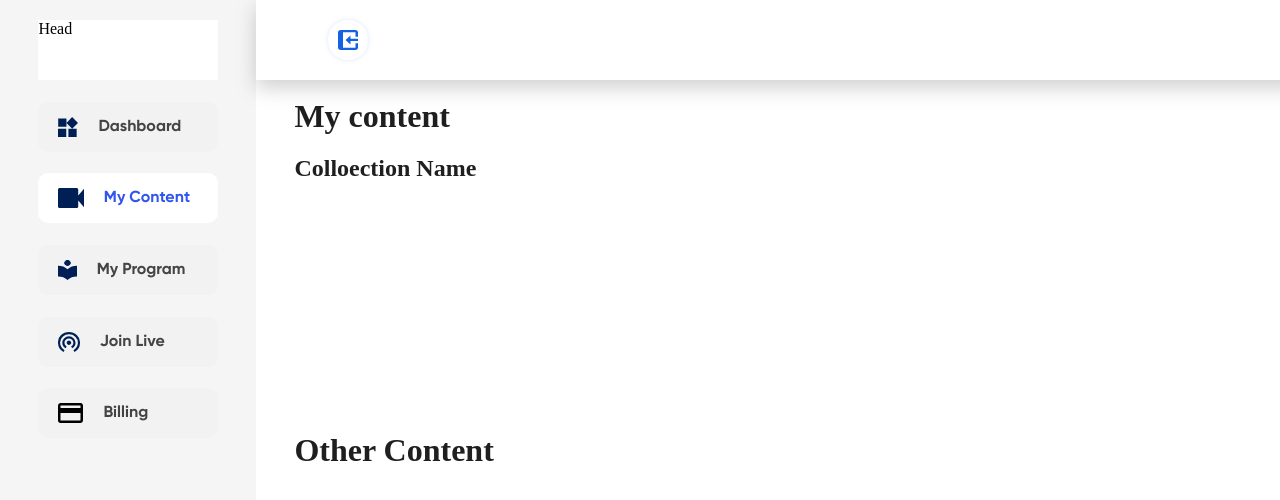
Repository: harshuuu18/crusp-admin
Page: /user
The author's editor kept a copy of each file at every save. The page is drawn from the files as they stood at one save, then again after a run of saves.
The browser window is 1280 px wide. The pictures show the whole page.
The page's requests for data from a server got no answer. The project was rebuilt for these pictures with package versions that can differ from the ones it lists, and the page was loaded fresh each time. No one was signed in, and anything a server would have sent is missing. Also part of the build but not shown: src/Components/Pages/Batch/Batch.js, src/Utilities/Context.js, src/Components/Pages/MyProgram/Program.js, src/Components/Pages/MyProgram/Data.js, src/Components/Pages/MyProgram/Programs.js, src/Components/Pages/MyProgram/MyProgram.js, src/Components/Pages/Live/Session.js, src/Components/Pages/Live/Live.js and 2 more.

Above is the page before, as saved 2022-01-24 21:29:29.

After the next 2 saves:
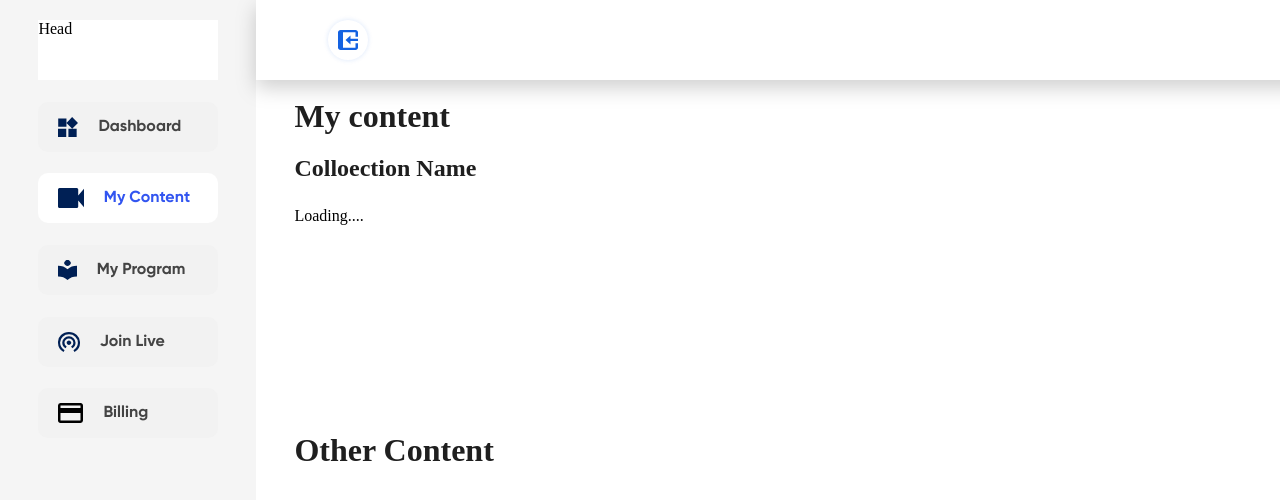
The 2 saves are shown as one change because they came seconds apart.
The last was saved 11 s later.
--- a/src/Components/Pages/Content/Content.js
+++ b/src/Components/Pages/Content/Content.js
@@ -36,7 +36,7 @@ function Content() {
                 </div>
               );
             })
-          : ""}
+          : "Loading...."}
       </div>
       <h1>Other Content</h1>
     </div>
